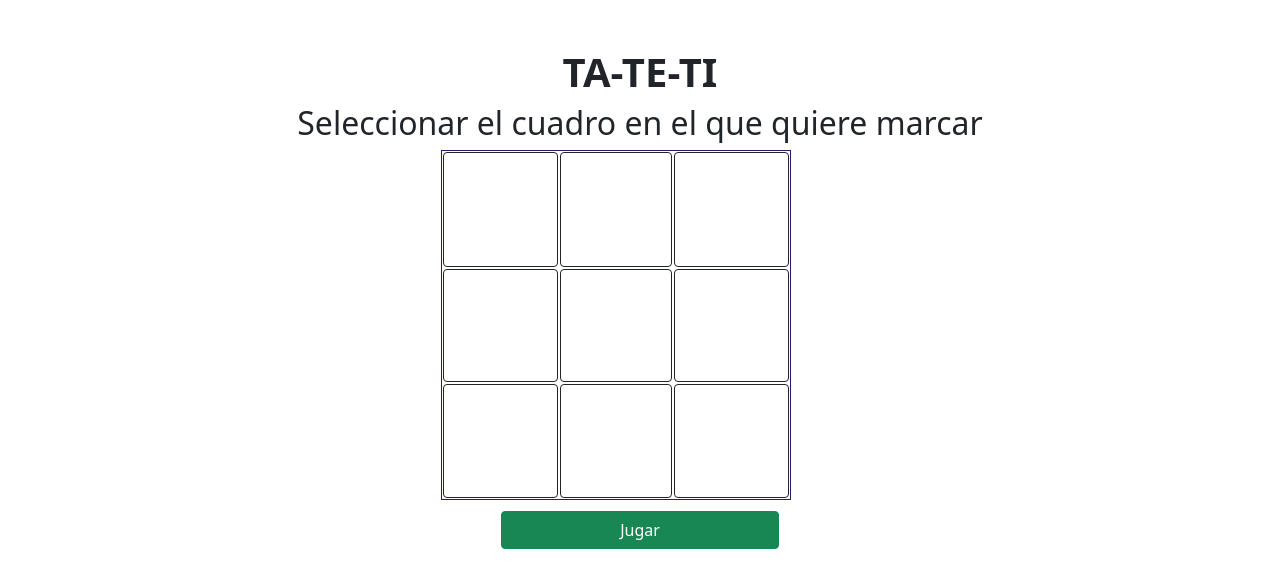
Repository: Lean97-start/TATETI
Page: Tateti.html
An editor plug-in stored every save of this project. The page is shown before and after the next save, followed by the edit.
The browser window is 1280 px wide. The pictures show the whole page.

Above is the page before, as saved 2021-07-11 23:25:11.
Console error: SyntaxError: Unexpected token ')'

After the next save:
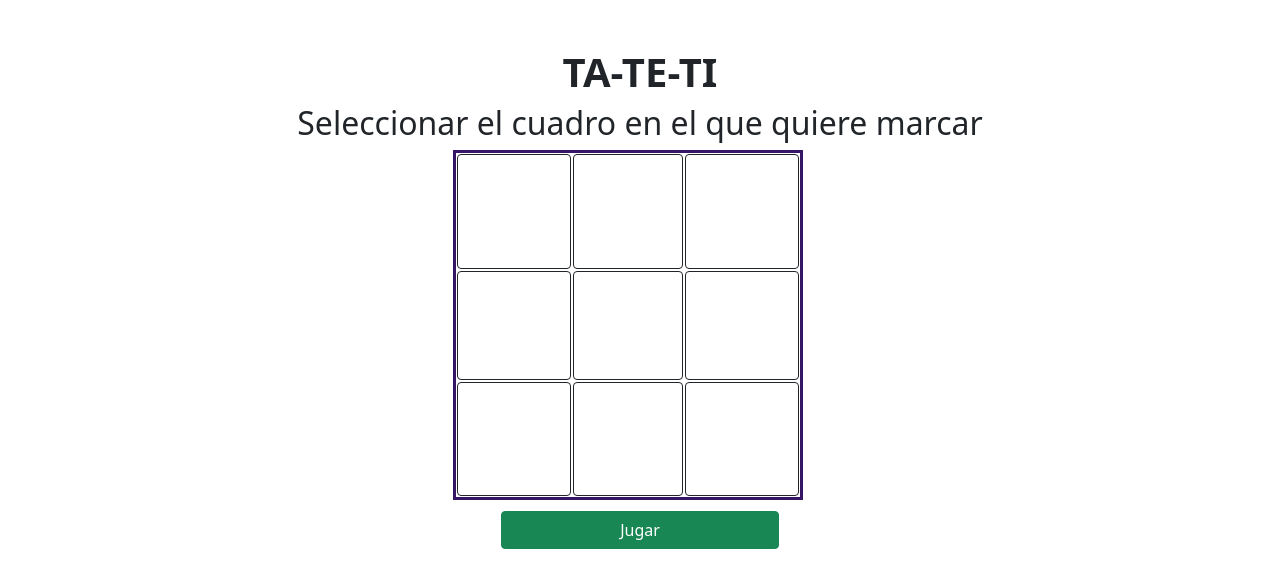
Saved 28 s later.
--- a/Tateti.html
+++ b/Tateti.html
@@ -14,8 +14,7 @@
         <H2 class="fw-normal text-center">Seleccionar el cuadro en el que quiere marcar</H2>
 
             <div class="row w-100 h-100 bg-white text-center">
-                <div class="row border-3 text-center">
-                    <table class="" id="cuadro">
+                <table class="border-3 text-center" id="cuadro">
                     <tr>
                         <td><button class="btn border-dark w-100 h-100" id="11"></button></td>
                         <td><button class="btn border-dark w-100 h-100" id="21"></button></td>
@@ -33,7 +32,6 @@
                     </tr>
                 </table>
             </div>
-            </div>
             <div class=" row">
                 <div class="btn ">
                     <button type="button" class="btn btn-success my-1 w-25" id="btn-jugar">Jugar</button>
